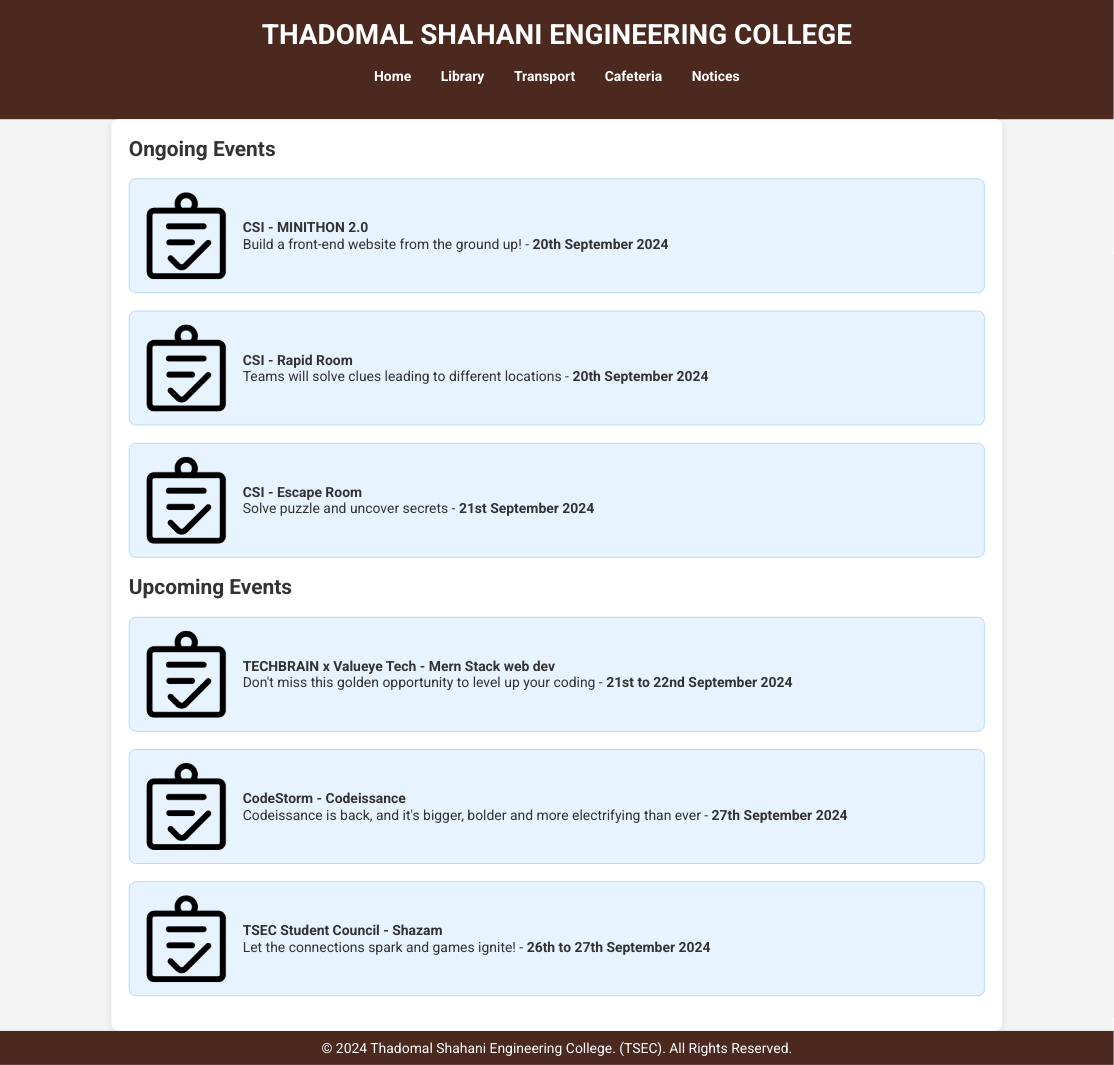
Repository: TejasS1233/MINITHON-hackathon-project
Page: Event.html
An editor plug-in stored every save of this project. The page is shown before and after the next save, followed by the edit.
The browser window is 1280 px wide. The pictures show the whole page, at 87% of full size.

Above is the page before, as saved 2024-09-20 10:57:16.

After the next save:
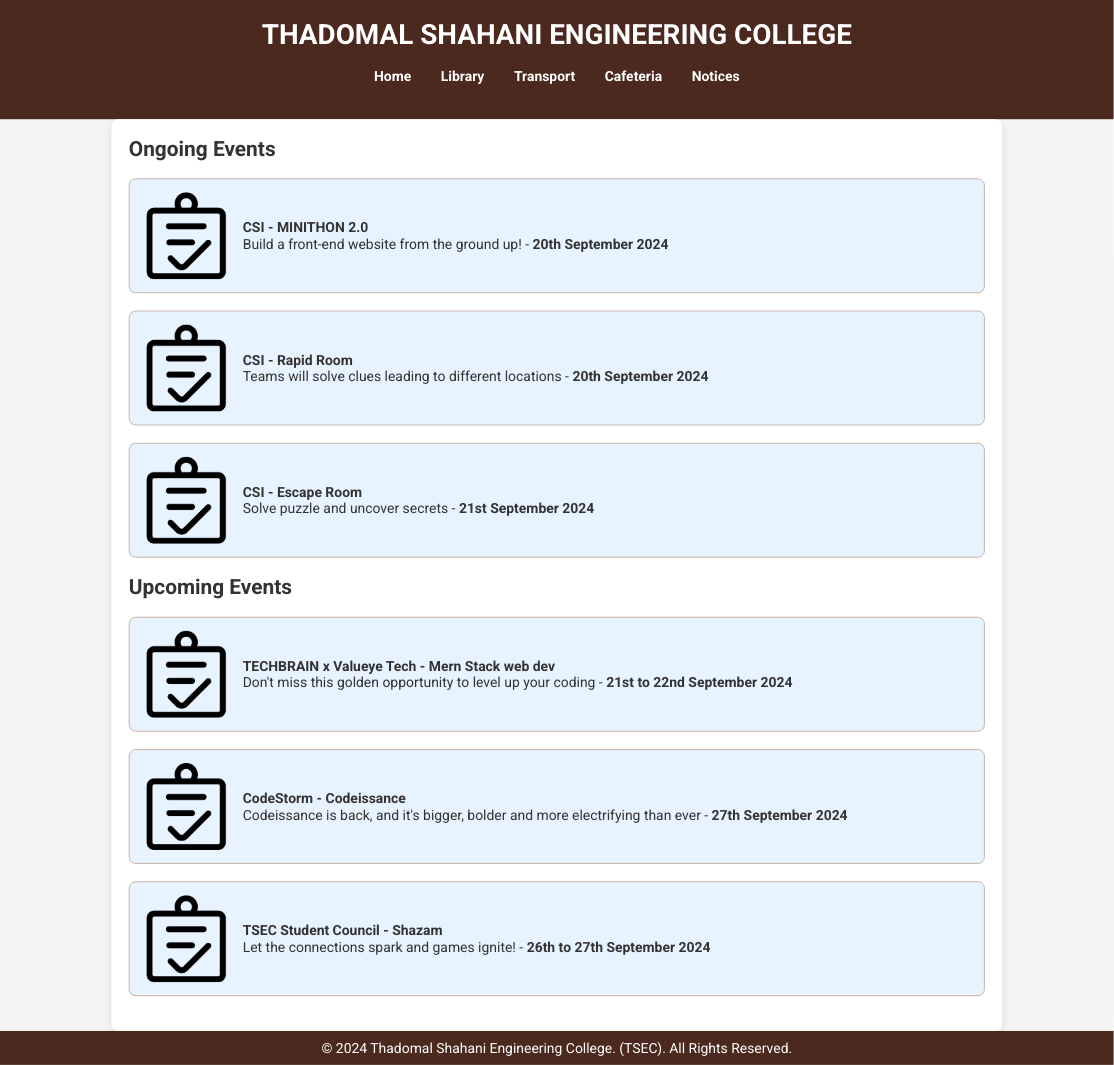
Saved 17 s later.
--- a/Event.html
+++ b/Event.html
@@ -49,7 +49,7 @@
             display: flex;
             align-items: center;
             background: #e7f3fe;
-            border: 1px solid #b1d4fe;
+            border: 1px solid #c5a99c;
             border-radius: 8px;
             margin: 20px 0;
             padding: 15px;
